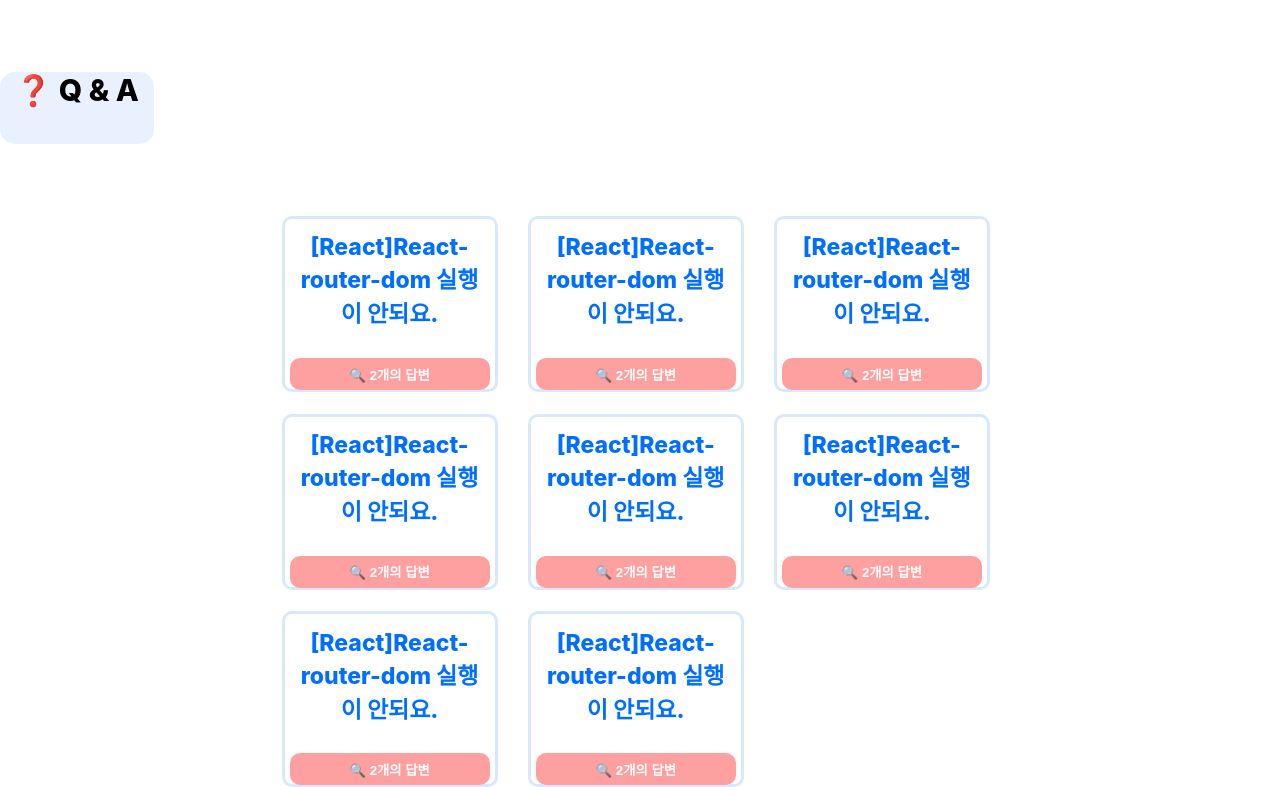
Repository: TeamCosine/Front
Page: /Qna
These files come from the project's save history. The page is drawn as it stood at one moment and after a run of saves; the edit follows.
The browser window is 1280 px wide. The pictures show the whole page.
The project was rebuilt for these pictures with package versions that can differ from the ones it lists, and the page was loaded fresh each time. Also part of the build but not shown: src/components/home/Card.js, src/pages/Home.js, src/pages/Profile.js, src/pages/Login.js, src/components/MyInfo/Card.js, src/pages/MyInfo.js, src/pages/Write.js, src/pages/Invite.js.

Above is the page before, as saved 2023-07-22 23:13:22.

After the next 3 saves:
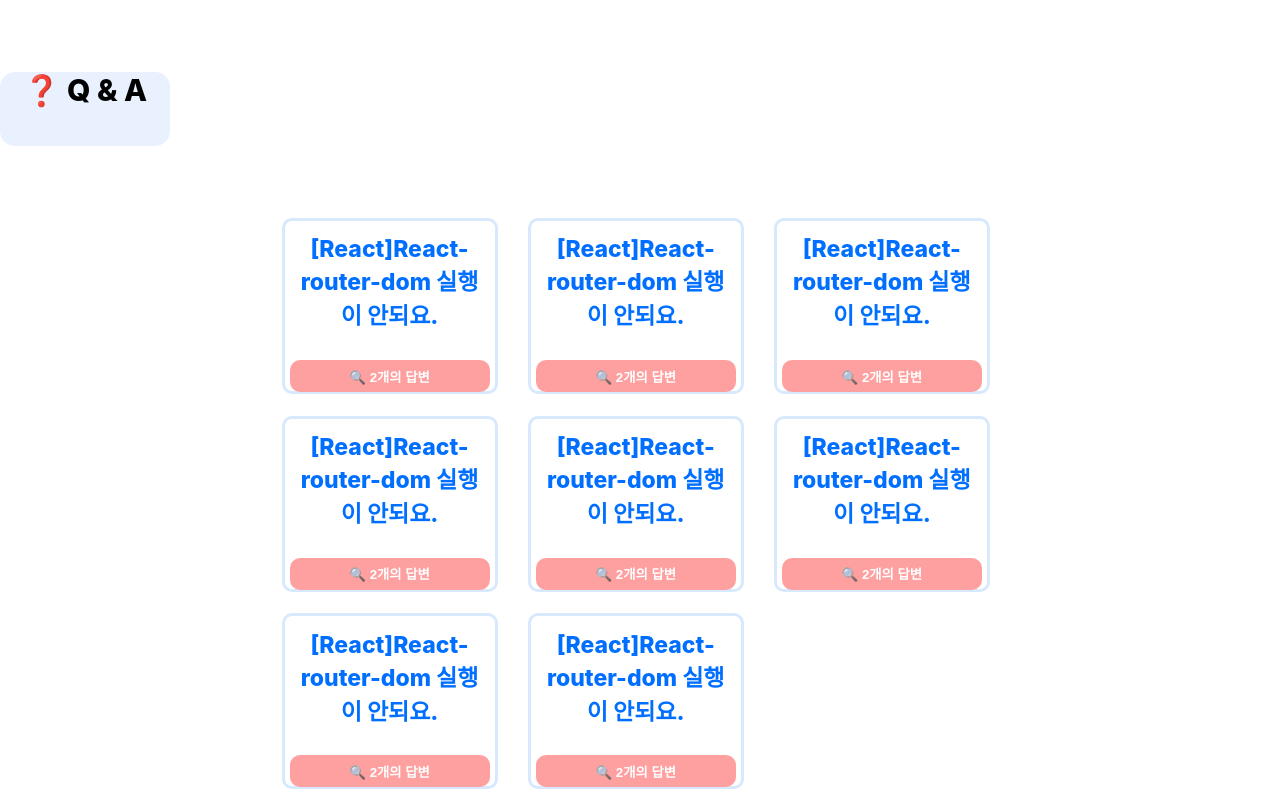
The 3 saves are shown as one change because they came seconds apart.
The last was saved 29 s later.
--- a/src/pages/Qna.js
+++ b/src/pages/Qna.js
@@ -18,8 +18,8 @@
     margin-top : 10vh;
     background-color: #e8f1fd;
     border-radius: 15px;
-    width : 12vw;
-    height : 10vh;
+    width : 170px;
+    height : 74px;
     font-weight : 800;
     text-align: center;
     justify-items :center;
